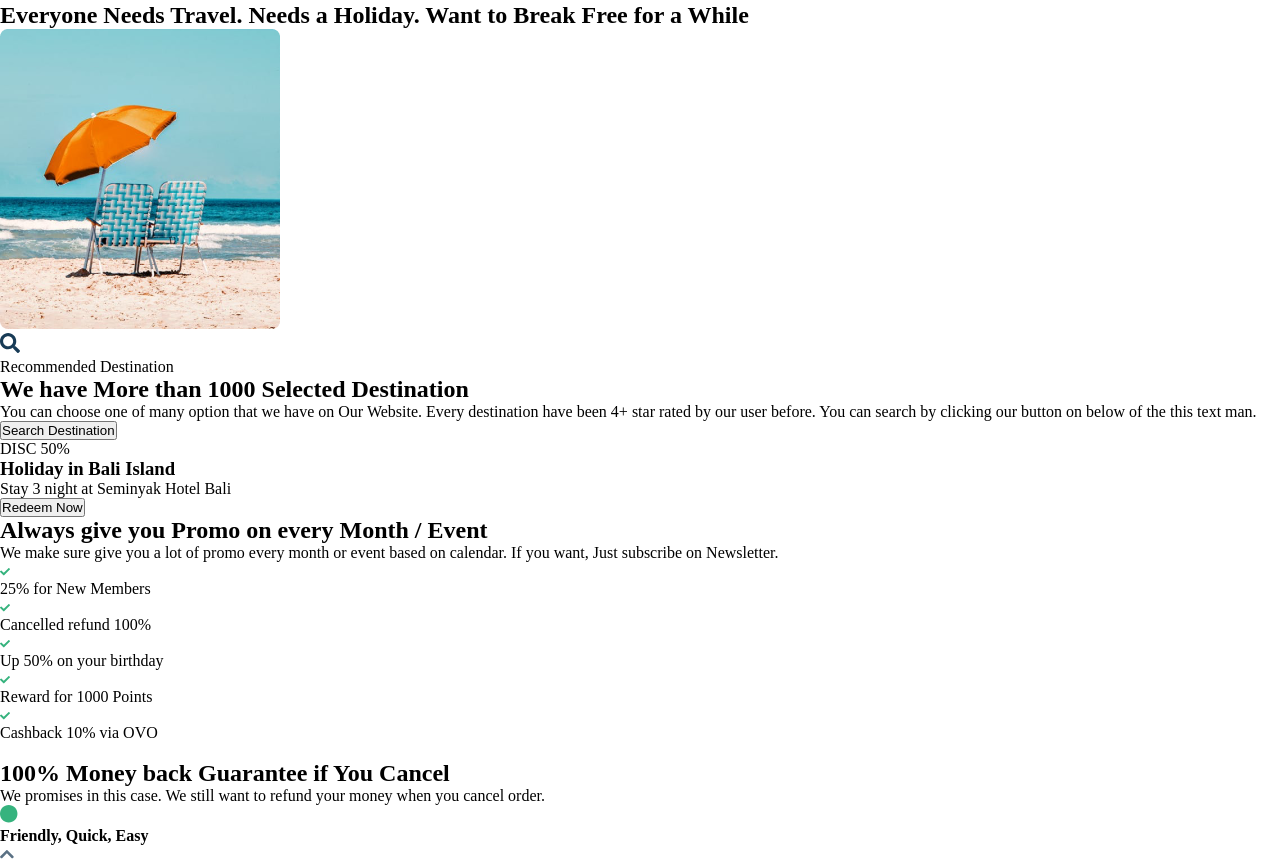
Repository: daviHmoraes/frontcomtailwind
Page: index.html
The author's editor kept a copy of each file at every save. The page is drawn from the files as they stood at one save, then again after the next save.
The browser window is 1280 px wide. The pictures show the part of the page from y = 3904 to 4765 px (the page is 5926 px tall before and 6332 px after).
A picture or video elsewhere on the page could not be fetched, so the positions and the page height are approximate.

Above is the page before, as saved 2026-08-31 18:38:53.

### index.html
<!DOCTYPE html>
<html lang="en">
<head>
    <meta charset="UTF-8">
    <meta name="viewport" content="width=device-width, initial-scale=1.0">
    <title>Ehya - Home Page</title>
    <link rel="stylesheet" href="/css/style.css">
</head>
<body>

    <header>

        <section class="header">
            <img src="/img/Logo.svg" alt="Ehya Company Logo">
            <img src="/img/hamburguer-menu.svg" alt="Hamburguer menu Icon">
        </section>

        <section class="hero">

            <div class="hero-content">
                <h1>
                    Start Exploring to
                    Find Inner Peace
                    by Traveling
                </h1>

                <p>
                    Lost yourself with Vacation and
                    Travel into the place that you never
                    visit before. We have thousand
                    places in our database for you.
                </p>
            </div>

            <div class="form-card">

                <img src="/img/background-image.png" alt="Beach Background Image">

                <h2>
                    You can start search here
                </h2>

                <p>
                    Find thousand destination for travelling
                    with best prices. Apply “EHYA50” Code
                    on Payment Process.
                </p>

                <form>
                    <label for="where">Where</label><br>
                    <input type="text" id="where" name="where"><br>

                    <label for="checkin">Check In</label><br>
                    <input type="date" id="checkin" name="checkin"><br>

                    <label for="checkout">Check Out</label><br>
                    <input type="date" id="checkout" name="checkout"><br>

                    <label for="guests">Guests</label><br>
                    <input type="text" id="guests" name="guests"><br>

                    <input type="submit" id="submit">
                </form>
            </div>

            <img src="/img/circle.svg" alt="Circle Around the Arrow Icon">
            <img src="/img/south-arrow.svg" alt="South Pointing Arrow">

        </section>
    </header>

    <main>

        <section class="benefits">
            <h2>
                Travelya Benefit
                for User
            </h2>

            <p>
                We are self-service data analytics
                software that lets you create visually
                appealing data visualizations and
                insightful dashboards in minutes.
            </p>

            <div class="cards">
                <div class="card">
                    <img src="/img/card-icon/cheap-icon.svg" alt="Label Icon">

                    <div class="card-content">
                        <h3>
                            Cheap than Other
                        </h3>
                        <p>
                            Travelya is cheaper than other
                            travel agency.
                        </p>
                    </div>
                </div>

                <div class="card">
                    <img src="/img/card-icon/secure-icon.png" alt="Shield Icon">

                    <div class="card-content">
                        <h3>
                            Secure Payment
                        </h3>
                        <p>
                            You can pay your book without
                            doubt again.
                        </p>
                    </div>
                </div>

                <div class="card">
                    <img src="/img/card-icon/free-icon.svg" alt="AC Icon">

                    <div class="card-content">
                        <h3>
                            Free Amenities
                        </h3>
                        <p>
                            We guarantee you can give free amenities wherever
                            you are.
                        </p>
                    </div>
                </div>

                <div class="card">
                    <img src="/img/card-icon/top-icon.svg" alt="Crown Icon">

                    <div class="card-content">
                        <h3>
                            Top Rated
                        </h3>
                        <p>
                            Only show best destination
                            with 1000+ super review user
                        </p>
                    </div>
                </div>

                <div class="card">
                    <img src="/img/card-icon/best-icon.svg" alt="Medal Icon">

                    <div class="card-content">
                        <h3>
                            Best Offers
                        </h3>
                        <p>
                            Inform you about all best
                            offers for all destination
                        </p>
                    </div>
                </div>

                <div class="card">
                    <img src="/img/card-icon/easy-icon.svg" alt="Like Icon">

                    <div class="card-content">
                        <h3>
                            Easy Book
                        </h3>
                        <p>
                            Follow flow, Click, Pay. Wait.
                            Just wait e-ticket
                        </p>
                    </div>
                </div>

                <div class="card">
                    <img src="/img/card-icon/refund-icon.svg" alt="Hands Shell Icon">

                    <div class="card-content">
                        <h3>
                            Fast Refund
                        </h3>
                        <p>
                            If you canceled. We can refund
                            your money 1x12
                        </p>
                    </div>
                </div>

                <div class="card">
                    <img src="/img/card-icon/support-icon.svg" alt="Headphone Icon">

                    <div class="card-content">
                        <h3>
                            24/7 Support
                        </h3>
                        <p>
                            We’re ready help you anytime
                            and anywhere you are.
                        </p>
                    </div>
                </div>
            </div>
        </section>

        <section class="popular-destinations">
            <h2>
                Popular Destinations
            </h2>

            <div class="destinations">
                <div class="destination">
                    <img src="/img/destinations/venice.png" alt="Aerial Footage of Venice - Italy">
                    <h3>
                        Venice, Italy
                    </h3>
                    <p>
                        Travelling into the popular river in Italy
                    </p>
                    <button class="see-offers">
                        See Offers
                    </button>
                </div>

                <div class="destination">
                    <img src="/img/destinations/paris.png" alt="Aerial Footage of Paris - France">
                    <h3>
                        Paris, France
                    </h3>
                    <p>
                        Romance in popular world landmark
                    </p>
                    <button class="see-offers">
                        See Offers
                    </button>
                </div>

                <div class="destination">
                    <img src="/img/destinations/bali.png" alt="Aerial Footage of Bali - Indonesia">
                    <h3>
                        Bali, Indonesia
                    </h3>
                    <p>
                        See best sunset ver in the world
                    </p>
                    <button class="see-offers">
                        See Offers
                    </button>
                </div>

                <div class="destination">
                    <img src="/img/destinations/bali.png" alt="Aerial Footage of Santorini - Greece">
                    <h3>
                        Santorini, Greece
                    </h3>
                    <p>
                        Visit the 1000 Gods Country
                    </p>
                    <button class="see-offers">
                        See Offers
                    </button>
                </div>
            </div>

            <div class="see-offers">
                <a href="#">See All Offers</a>
                <img src="/img/east-arrow.svg" alt="East Pointing Arrow">
            </div>
        </section>

        <section class="about-travelya">
            <h3>
                ABOUT TRAVELYA
            </h3>

            <h2>
                Everyone Needs Travel. Needs a Holiday.
                Want to Break Free for a While
            </h2>

            <img src="/img/recommended-destination.png" alt="Beach Umbrella Footage">

            <div>
                <img src="/img/search.svg" alt="Search Bloom Icon">
                <p>Recommended Destination</p>
            </div>

            <h2>
                We have More than 1000
                Selected Destination
            </h2>

            <p>
                You can choose one of many option
                that we have on Our Website. Every
                destination have been 4+ star rated
                by our user before. You can search
                by clicking our button on below of
                the this text man.
            </p>

            <button class="search-destination">
                Search Destination
            </button>

            <div class="holiday-card">
                <span class="discount">DISC 50%</span>
                <h3>
                    Holiday in Bali Island
                </h3>
                <p>
                    Stay 3 night at Seminyak Hotel Bali
                </p>
                <button class="redeem-now">Redeem Now</button>
            </div>

            <div class="promo">
                <h2>
                    Always give you Promo
                    on every Month / Event
                </h2>
                <p>
                    We make sure give you a lot of
                    promo every month or event based
                    on calendar. If you want, Just
                    subscribe on Newsletter.
                </p>

                <div class="pros">
                    <img src="/img/pros-icon.svg" alt="Right Simbol Icon">
                    <p>25% for New Members</p>
                </div>

                <div class="pros">
                    <img src="/img/pros-icon.svg" alt="Right Simbol Icon">
                    <p>Cancelled refund 100%</p>
                </div>

                <div class="pros">
                    <img src="/img/pros-icon.svg" alt="Right Simbol Icon">
                    <p>Up 50% on your birthday</p>
                </div>

                <div class="pros">
                    <img src="/img/pros-icon.svg" alt="Right Simbol Icon">
                    <p>Reward for 1000 Points</p>
                </div>

                <div class="pros">
                    <img src="/img/pros-icon.svg" alt="Right Simbol Icon">
                    <p>Cashback 10% via OVO</p>
                </div>
            </div>
        </section>

        <section class="money-back">

            <img src="" alt="">

            <h2>100% Money back
                Guarantee if You
                Cancel
            </h2>

            <p>
                We promises in this case. We still
                want to refund your money when
                you cancel order.
            </p>

            <div class="faqs">
                <div class="selected-faq">
                    <div class="faq-header">
                        <img src="/img/filled-green-circle.svg" alt="Filled Green Circle">
                        <h4>Friendly, Quick, Easy</h4>
                        <img src="/img/chevron-up.svg" alt="Chevron Pointing Up">
                    </div>
                    <p>
                        Business messaging that feels just
                        like the messenger apps you and
                        your customers use every day.
                    </p>
                </div>

                <div class="faq">
                    <div class="faq-header">
                        <img src="/img/empty-green-circle.svg" alt="Non-filled Green Circle">
                        <h4>Fast Response Answer</h4>
                        <img src="/img/chevron-down.svg" alt="Chevron Pointing Down">
                    </div>
                </div>

                <div class="faq">
                    <div class="faq-header">
                        <img src="/img/empty-green-circle.svg" alt="Non-filled Green Circle">
                        <h4>Money Back Guarantee</h4>
                        <img src="/img/chevron-down.svg" alt="Chevron Pointing Down">
                    </div>
                </div>
            </div>
        </section>

        <section class="reports">



        </section>

    </main>

    <footer>
        <div class="redirects">
            <article>
                <h3>Product</h3>
                <p>Landing page</p>
                <p>Features</p>
                <p>Documentation</p>
                <p>Referral Program</p>
                <p>Pricing</p>
            </article>

            <article>
                <h3>Services</h3>
                <p>Documentation</p>
                <p>Design</p>
                <p>Themes</p>
                <p>Illustrations</p>
                <p>UI Kit</p>
            </article>

            <article>
                <h3>Company</h3>
                <p>About</p>
                <p>Terms</p>
                <p>Privacy Policy</p>
                <p>Careers</p>
            </article>

            <article>
                <h3>More</h3>
                <p>Documentation</p>
                <p>License</p>
                <p>Changelog</p>
            </article>
        </div>

        <div class="footer-content">
            <img src="/img/logo.svg" alt="Logo da empresa Ehya">

            <p>
                Build a modern and creative website with crealand
            </p>

            <div class="contacts">
                <img src="/img/footer-icons/google.svg" alt="Redirect Contact Google icon">
                <img src="/img/footer-icons/twitter.svg" alt="Redirect Contact Twitter icon">
                <img src="/img/footer-icons/instagram.svg" alt="Redirect Contact Instagram icon">
                <img src="/img/footer-icons/linkedin.svg" alt="Redirect Contact Linkedin icon">
                <img src="/img/footer-icons/youtube.svg" alt="Redirect Contact Youtube icon">
            </div>

        </div>

    </footer>

</body>
</html>

### css/style.css
* {
    margin: 0;
    padding: 0;
    overflow-x: hidden;
}

After the next save:
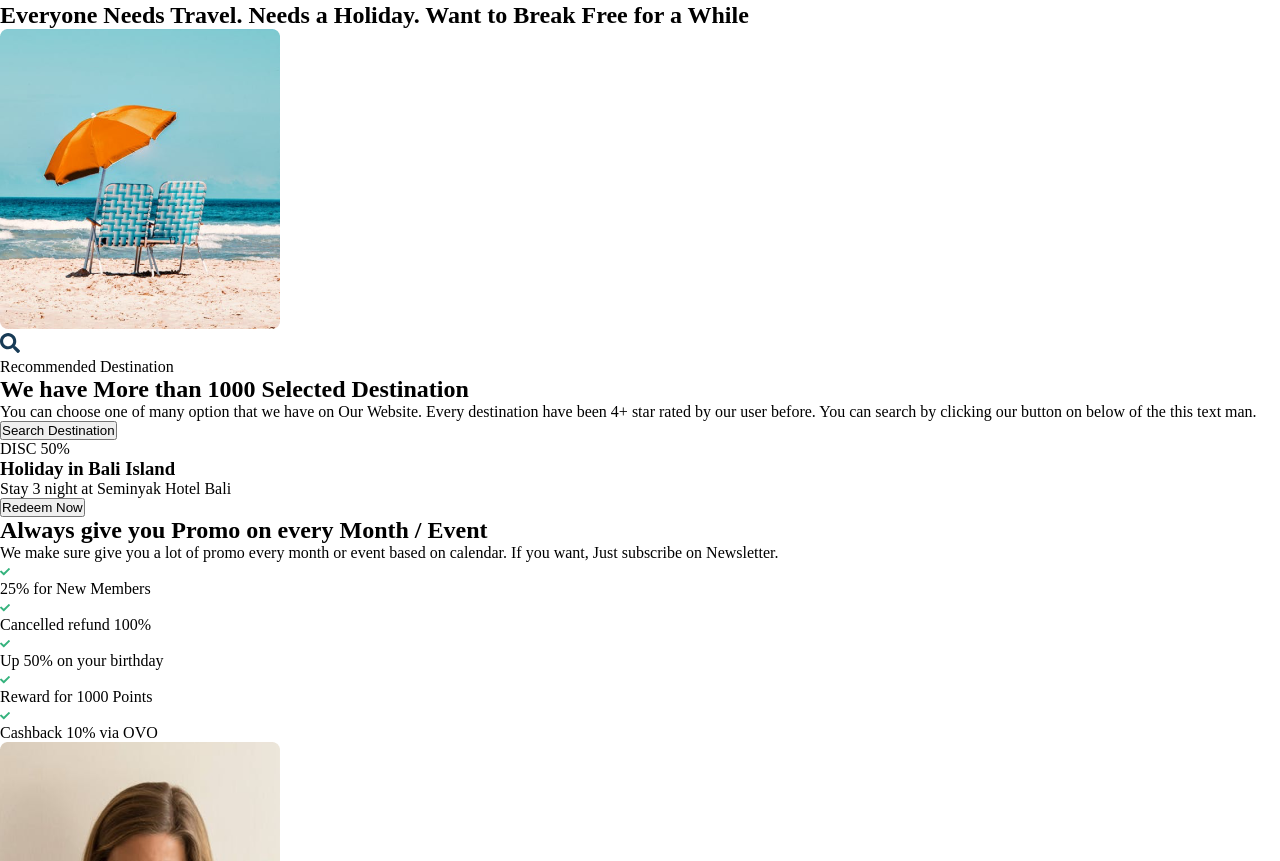
Saved 8 s later.
--- a/index.html
+++ b/index.html
@@ -351,7 +351,7 @@
 
         <section class="money-back">
 
-            <img src="" alt="">
+            <img src="/img/money-back-image.png" alt="">
 
             <h2>100% Money back
                 Guarantee if You
